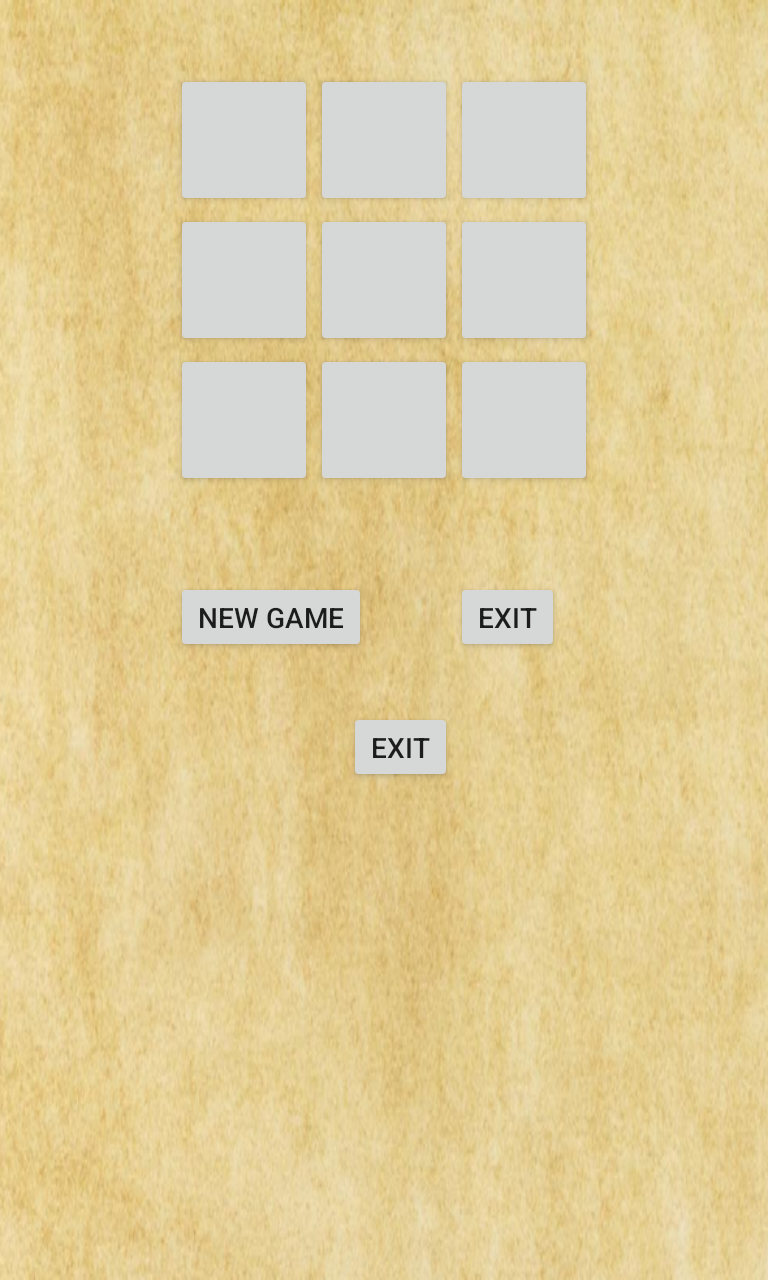
Repository: dtakiy/jogovelha
Layout: games/res/layout/activity_main.xml
The author's editor kept a copy of each file at every save. The layout is drawn from the files as they stood at one save, then again after the next save.
It is drawn on a 768 x 1280 px phone screen (xhdpi) without system bars, with theme AppTheme; the app's code is not run.

Above is the layout before, as saved 2014-09-18 00:34:01.

After the next save:
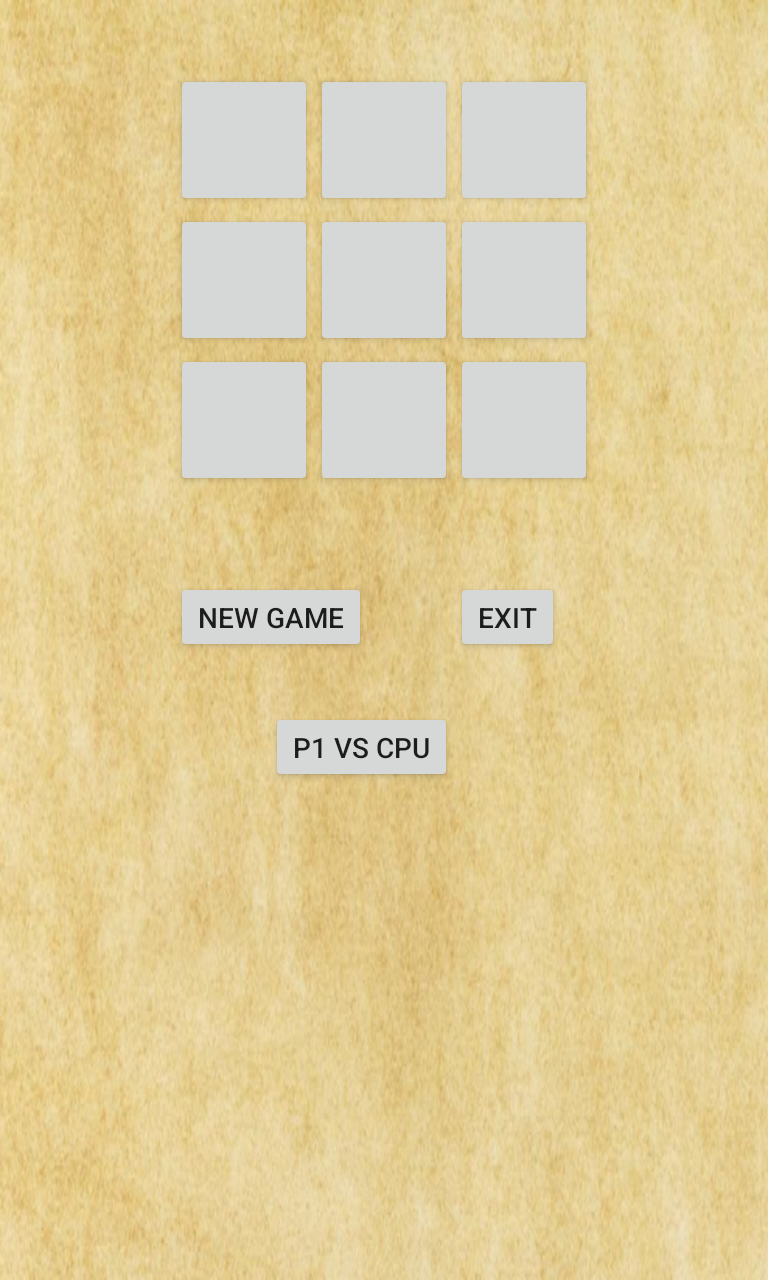
Saved 47 s later.
--- a/games/res/layout/activity_main.xml
+++ b/games/res/layout/activity_main.xml
@@ -9,11 +9,6 @@
     android:paddingTop="@dimen/activity_vertical_margin"
     tools:context="com.example.games.MainActivity" >
 
-    <TextView
-        android:id="@+id/camporesultado"
-        android:layout_width="wrap_content"
-        android:layout_height="wrap_content"
-        android:text="" />
 
 	<Button
 	    android:id="@+id/quadrado6"
@@ -133,6 +128,6 @@
 	      android:layout_toLeftOf="@+id/sair"
 	      android:minHeight="20dip"
 	      android:minWidth="20dip"
-	      android:text="@string/sair" />
+	      android:text="@string/p1" />
 
 </RelativeLayout>
